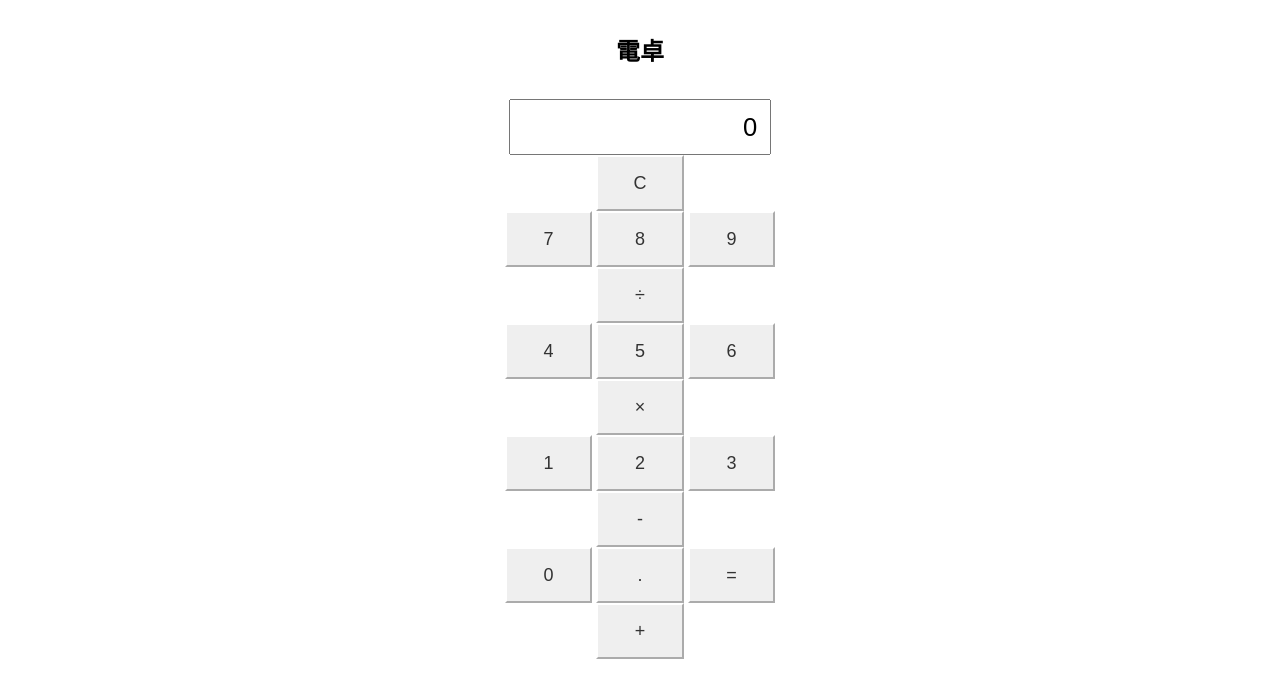
Repository: sara061327/js2
Page: Javascript2/index.html
The author's editor kept a record of every edit. The page is drawn from the files as they stood at one moment, then again after the next edit.
The browser window is 1280 px wide. The pictures show the whole page.
Some web libraries are served in a nearby version.

Above is the page before.
Console error (its wording comes from the project's code and is left out).

### Javascript2/index.html
 <!DOCTYPE html>
 <html lang="en">
 <head>
 <meta charset="utf-8">
 <script src="https://code.jquery.com/jquery-3.2.1.js" integrity="sha256-DZAnKJ/6XZ9si04Hgrsxu/8s717jcIzLy3oi35EouyE=" crossorigin="anonymous"></script>
 <link rel="stylesheet" href="main.css">
 <title>ストップウォッチ</title>
 </head>

 <body>

<div class="wrapper">
  <h1 id="header">電卓</h1>
  <div id="calc">
    <div>
      <input readonly id="result" type="text" value="0">
      <button onclick="c_click()">C</button>
    </div>
    <div>
      <button onclick="git init(this.innerHTML)">7</button>
      <button onclick="num_click(this.innerHTML)">8</button>
      <button onclick="num_click(this.innerHTML)">9</button>
      <button onclick="ope_click(this.innerHTML)">÷</button>
    </div>
    <div>
      <button onclick="num_click(this.innerHTML)">4</button>
      <button onclick="num_click(this.innerHTML)">5</button>
      <button onclick="num_click(this.innerHTML)">6</button>
      <button onclick="ope_click(this.innerHTML)">×</button>
    </div>
    <div>
      <button onclick="num_click(this.innerHTML)">1</button>
      <button onclick="num_click(this.innerHTML)">2</button>
      <button onclick="num_click(this.innerHTML)">3</button>
      <button onclick="ope_click(this.innerHTML)">-</button>
    </div>
    <div>
      <button onclick="num_click(this.innerHTML)">0</button>
      <button onclick="num_click(this.innerHTML)">.</button>
      <button onclick="equal_click()">=</button>
      <button onclick="ope_click(this.innerHTML)">+</button>
    </div>
  </div>
</div>


 <script src="main.js"></script>
 </body>
 </html>

### Javascript2/main.css
.wrapper{
  max-width: 350px;
  margin: 0 auto;
}

#header,#calc{
  box-sizing: border-box;
  text-align: center;
}

#header {
  font-size: 24px;
  padding: 1rem;
}

input{
  box-sizing: border-box;
  width: 75%;
  height: 3.5rem;
  font-size: 1.6rem;
  text-align: right;
  padding: 0 0.75rem;
}

button{
  font-size: 18px;
  width: 25%;
  height: 3.5rem;
  color: #333;
  vertical-align: middle;
  border-color: #fff;
}

### Javascript2/main.js
// データ
var result = "";
// =で計算したかどうか
var is_calc = false;

// 初期表示
window.onload = function () {
  result = document.getElementById('result');
};

// Cキー押下
function c_click(){
  result.value = "0";
  is_calc = false;
}

// 数字キー押下
function num_click(val){
  if(is_calc)  result.value = "0";
  is_calc = false;

  if(result.value =="0" && val == "0"){
    result.value = "0";
  }else if(result.value == "0" && val == "."){
    result.value = "0.";
  }else if(result.value == "0"){
    result.value = val;
  }else{
    result.value += val;
  }
}

// 演算子キー押下
function ope_click(val){
  if(is_calc)  is_calc = false;

  if(is_ope_last()){
    result.value = result.value.slice(0, -1) + val;
  } else {
    result.value += val;
  }
}

// =キークリック
function equal_click(){
  if(is_ope_last())  result.value = result.value.slice(0, -1);

  var temp = new Function("return " + result.value.replaceAll("×", "*").replaceAll("÷", "/"))();
  if(temp == Infinity || Number.isNaN(temp)){
    result.value = "Error";
  }else{
    result.value = temp;
    is_calc = true;
  }
}

// 入力されている値が演算子かどうか
function is_ope_last(){
  return ["+","-","×","÷"].includes(result.value.toString().slice(-1));
}

After the next edit:
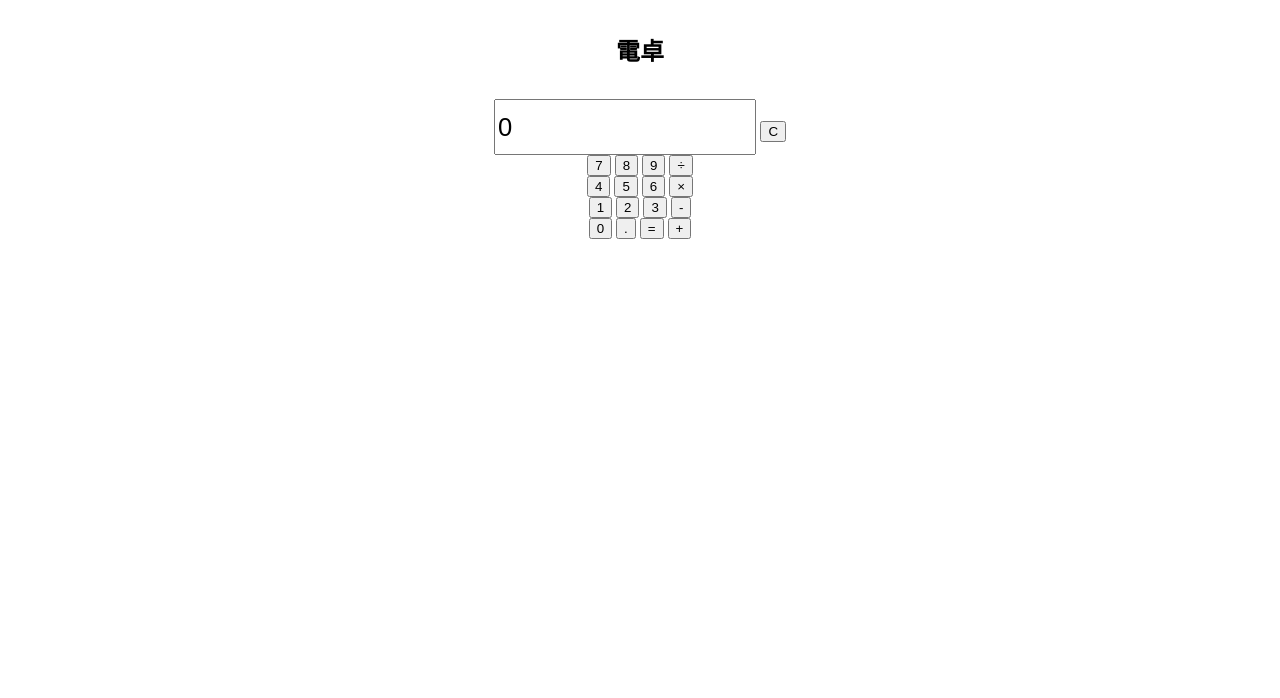
The edit:
--- a/Javascript2/main.css
+++ b/Javascript2/main.css
@@ -18,15 +18,4 @@
   width: 75%;
   height: 3.5rem;
   font-size: 1.6rem;
-  text-align: right;
-  padding: 0 0.75rem;
 }
-
-button{
-  font-size: 18px;
-  width: 25%;
-  height: 3.5rem;
-  color: #333;
-  vertical-align: middle;
-  border-color: #fff;
-}
